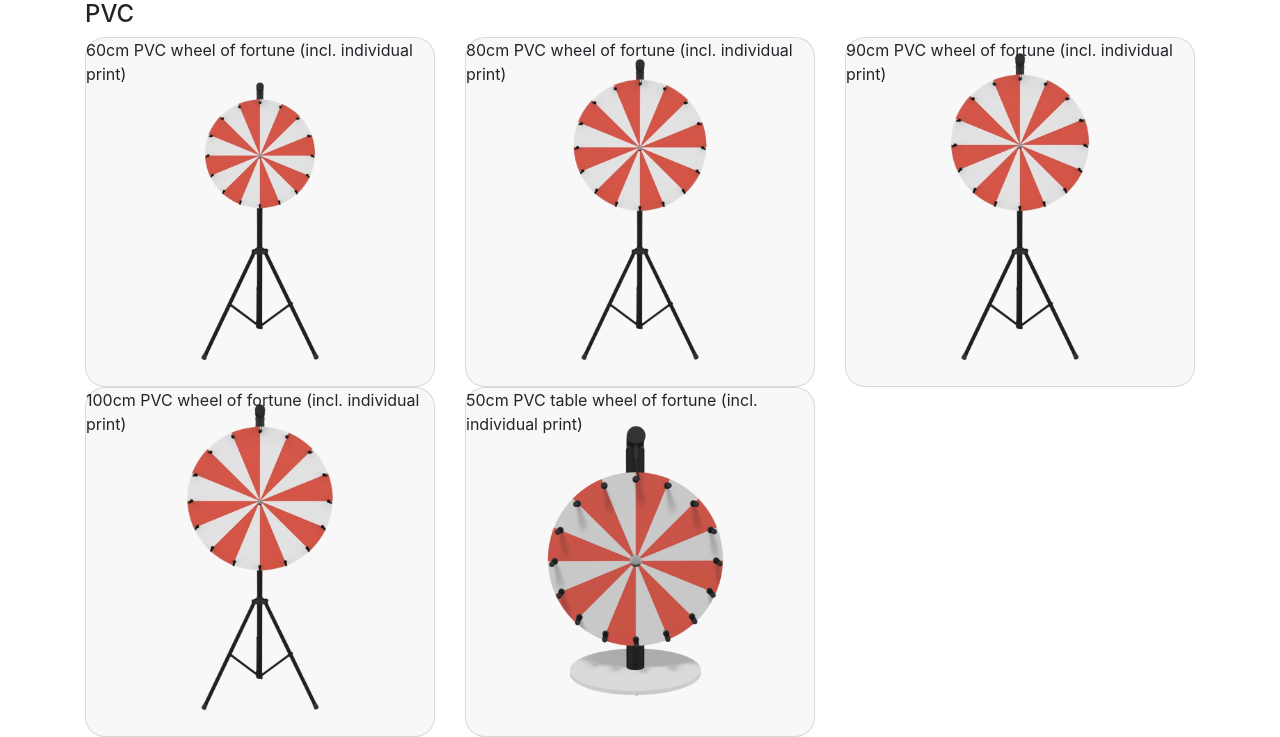
Repository: Awaisp-irfan/fahad-project
Page: pvc.html
An editor plug-in stored every save of this project. The page is shown before and after the next save, followed by the edit.
The browser window is 1280 px wide. The pictures show the whole page.

Above is the page before, as saved 2022-06-30 08:54:26.

### pvc.html
<!DOCTYPE html>
<html lang="en">
<head>
    <meta charset="UTF-8">
    <meta http-equiv="X-UA-Compatible" content="IE=edge">
    <meta name="viewport" content="width=device-width, initial-scale=1.0">
    <link
    rel="stylesheet"
    href="https://cdn.jsdelivr.net/npm/bootstrap@4.6.1/dist/css/bootstrap.min.css"
    integrity="sha384-zCbKRCUGaJDkqS1kPbPd7TveP5iyJE0EjAuZQTgFLD2ylzuqKfdKlfG/eSrtxUkn"
    crossorigin="anonymous"
  />

  <link rel="stylesheet" href="./style.css" />
    <title>Document</title>
</head>
<body>
    <div class="container">
        <div class="row">
            <div class="col-lg-12">
                <h4 class="heading">PVC</h4>
            </div>
        </div>

        <div class="row">
            <div class="col-lg-4">
                <div class="card img-div">
                    <div class="cm60-img">60cm PVC wheel of fortune (incl. individual print)</div>
                </div>
            </div>
            <div class="col-lg-4">
                <div class="card img-div">
                    <div class="cm80">80cm PVC wheel of fortune (incl. individual print)</div>
                </div>
            </div>
            <div class="col-lg-4">
                <div class="card img-div">
                    <div class="cm90">90cm PVC wheel of fortune (incl. individual print)</div>
                </div>
            </div>
            <div class="col-lg-4">
                <div class="card img-div">
                    <div class="cm100">100cm PVC wheel of fortune (incl. individual print)</div>
                </div>
            </div>
            <div class="col-lg-4">
                <div class="card img-div">
                    <div class="cm50">50cm PVC table wheel of fortune (incl. individual print)</div>
                </div>
            </div>
        </div>
    </div>
</body>
</html>

### style.css
.pvc{
    background-image: url(./assests/2289977149.jpg);
    background-size: cover;
    background-position: center;
    background-repeat: no-repeat;
    height: 100%;
    border-radius: 20px;
}

.col-lg-4>a > .img-div{
    height: 400px;
    border-radius: 20px;
}
.col-lg-4>.card{
    height: 350px;
    border-radius: 20px;
    background-color: rgb(248, 248, 248);
}
.wooden{
    background-image: url(./assests/wooden.jpg);
    background-size: cover;
    background-position: center;
    background-repeat: no-repeat;
    height: 100%;
    border-radius: 20px;
}

.display{
    background-image: url(./assests/display.jpg);
    background-size: cover;
    background-position: center;
    background-repeat: no-repeat;
    height: 100%;
    border-radius: 20px;
}
.cm60-img{
    background: url(./assests/60cm_PVC-removebg-preview.png);

    background-size: cover;
    background-position: center;
    background-repeat: no-repeat;
    height: 100%;
    border-radius: 20px;
}

.cm80{
    background: url(./assests/80cm_PVC-removebg-preview.png);

    background-size: cover;
    background-position: center;
    background-repeat: no-repeat;
    height: 100%;
    border-radius: 20px;
}

.cm90{
    background: url(./assests/90cm_PVC-removebg-preview.png);

    background-size: cover;
    background-position: center;
    background-repeat: no-repeat;
    height: 100%;
    border-radius: 20px;
}
.cm100{
    background: url(./assests/100cm_PVC-removebg-preview.png);

    background-size: cover;
    background-position: center;
    background-repeat: no-repeat;
    height: 100%;
    border-radius: 20px;
}

.cm50{
    background: url(./assests//50cm\ PVC.png);

    background-size: cover;
    background-position: center;
    background-repeat: no-repeat;
    height: 100%;
    border-radius: 20px;
}

After the next save:
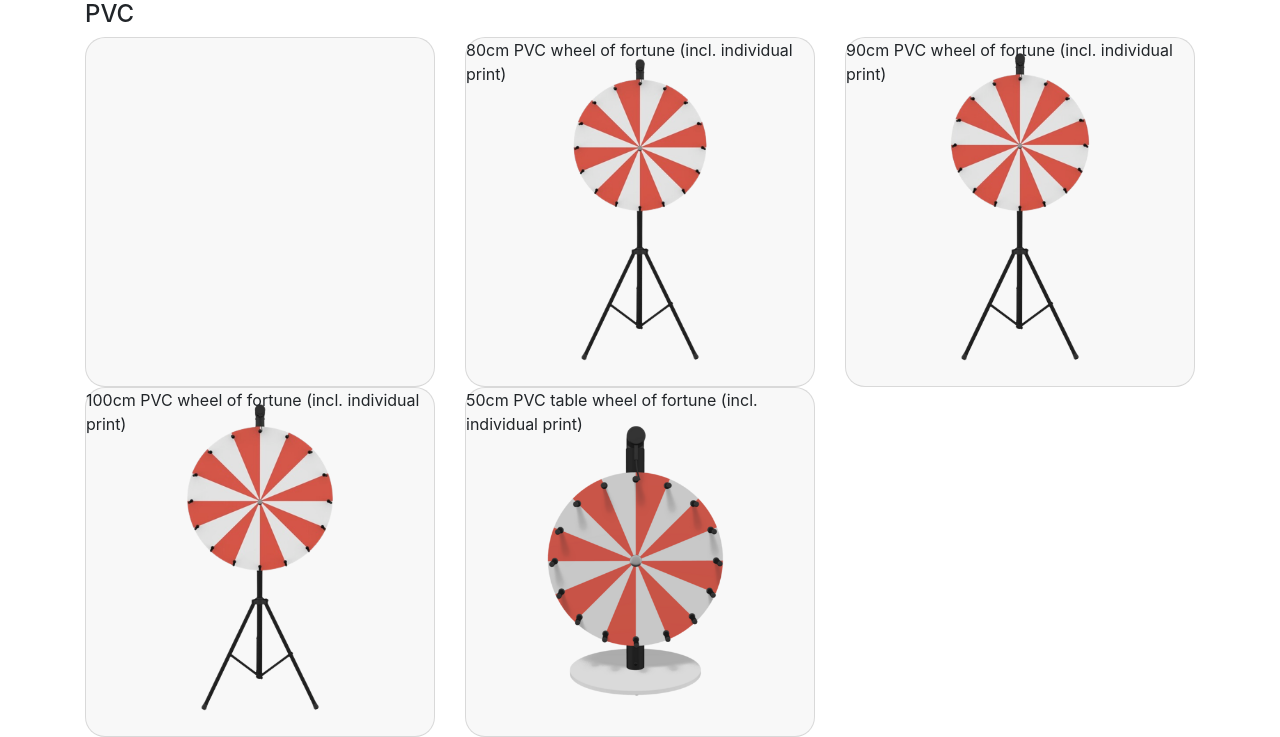
Saved 3 min 26 s later.
--- a/pvc.html
+++ b/pvc.html
@@ -24,8 +24,15 @@
 
         <div class="row">
             <div class="col-lg-4">
-                <div class="card img-div">
-                    <div class="cm60-img">60cm PVC wheel of fortune (incl. individual print)</div>
+                <div class="card ">
+                    <div class="div-img">
+                        <div class="cm60-img">
+
+                        </div>
+                    </div>
+                    <div class="cm60-content">
+
+                    </div>
                 </div>
             </div>
             <div class="col-lg-4">
